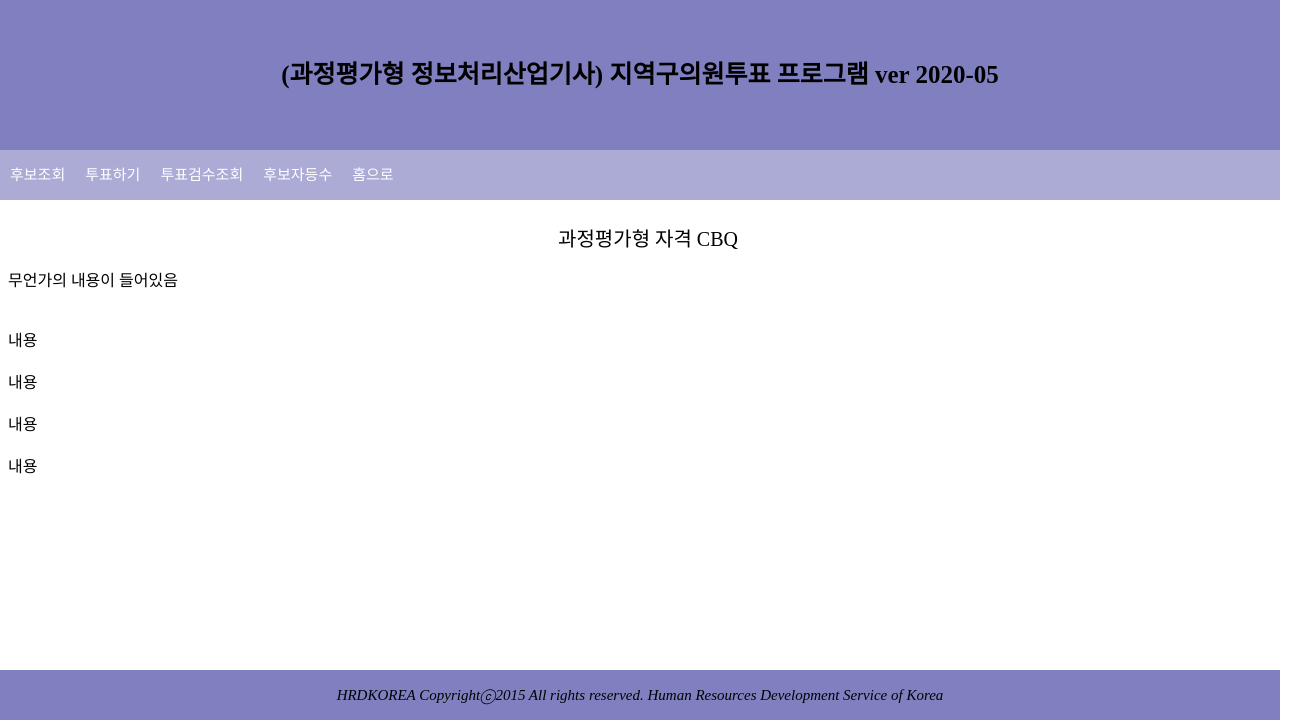
Repository: eunbiro/HRD_1236
Page: http://localhost/HRD_1235/
An editor plug-in stored every save of this project. The page is shown before and after the next save, followed by the edit.
The browser window is 1280 px wide. The page is 1296 px wide, so the pictures cover 1296 px, including what lies to the right of the window. The pictures show the whole page.
The page is served by Tomcat 9. Other server files are loaded and not shown.

Above is the page before, as saved 2022-12-22 01:47:58.

### HRD_1235/src/main/webapp/index.jsp
<%@ page language="java" contentType="text/html; charset=UTF-8"
    pageEncoding="UTF-8"%>
<!DOCTYPE html>
<html>
<head>
<meta charset="UTF-8">
<title>과정평가형 자격 CBQ</title>
<link rel="stylesheet" href="style.css">
</head>
<body>
	<%@ include file="header.jsp" %>
	<section>
		<h3 class="title">과정평가형 자격 CBQ</h3>
		무언가의 내용이 들어있음<br />
		<br />
		<br />
		내용<br />
		<br />
		내용<br />
		<br />
		내용<br />
		<br />
		내용<br />
	</section>
	<%@ include file="footer.jsp" %>
</body>
</html>

### HRD_1235/src/main/webapp/header.jsp
<%@ page language="java" contentType="text/html; charset=UTF-8"
    pageEncoding="UTF-8"%>
<!DOCTYPE html>
<html>
<head>
<meta charset="UTF-8">
<title>Insert title here</title>
</head>
<body>
	<header>(과정평가형 정보처리산업기사) 지역구의원투표 프로그램 ver 2020-05</header>
	<nav>
		<ul class="menu">
			<li><a href="list">후보조회</a></li>
			<li><a href="insert">투표하기</a></li>
			<li><a href="result">투표검수조회</a></li>
			<li><a href="rank">후보자등수</a></li>
			<li><a href="home">홈으로</a></li>
		</ul>
	</nav>
</body>
</html>

### HRD_1235/src/main/webapp/footer.jsp
<%@ page language="java" contentType="text/html; charset=UTF-8"
    pageEncoding="UTF-8"%>
<!DOCTYPE html>
<html>
<head>
<meta charset="UTF-8">
<title>Insert title here</title>
</head>
<body>
	<footer>HRDKOREA Copyrightⓒ2015 All rights reserved. Human Resources Development Service of Korea</footer>
</body>
</html>

### HRD_1235/src/main/webapp/style.css
@charset "UTF-8";

* {
	margin: 0;
	padding: 0;
}

a {
	text-decoration: none;
	color: #fff;
}

header {
	width: 100%;
	height: 150px;
	line-height: 150px;
	background: #8080c0;
	font-size: 25px;
	text-align: center;
	font-weight: 900;
}

.menu {
	display: flex;
	list-style: none;
	width: 100%;
	background: #ababd6;
}

.menu li {
	margin: 5px;
	padding: 5px;
	height: 30px;
	line-height: 30px;
	font-size: 15px;
}

section {
	width: 100%;
	height: 100%;
	padding: 8px;
}

.title {
	width: 100%;
	margin: 15px 0;
	font-size: 20px;
	text-align: center;
	font-weight: 500;
}

.wrapper {
	display: flex;
	justify-content: center;
	align-items: center;
	text-align: center;
}

table {
	width: 800px;
}

table, tr, td, th {
	border: 1px solid gray;
	border-collapse: collapse;
}

table tr {
	height: 30px;
}

.input {
	width: 500px;
}

footer {
	position: fixed;
	width: 100%;
	height: 50px;
	line-height: 50px;
	bottom: 0;
	background: #8080c0;
	font-size: 15px;
	font-style: italic;
	text-align: center;
}

After the next save:
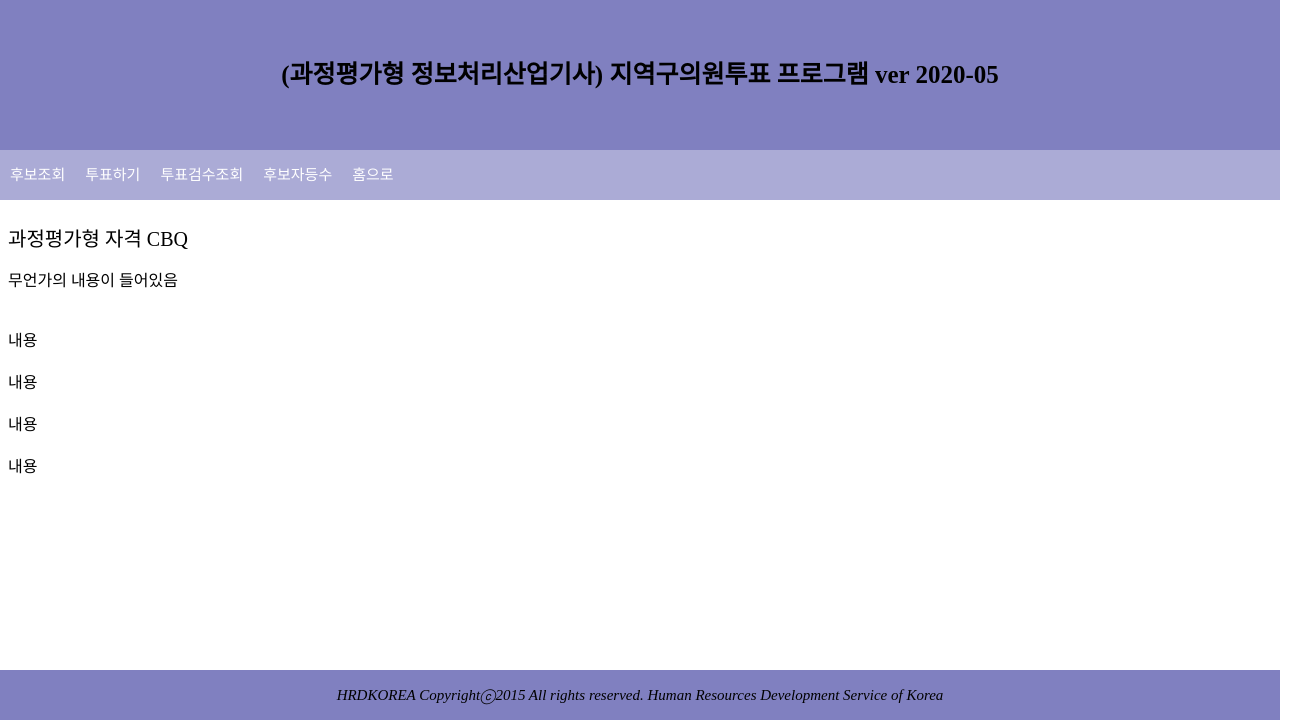
Saved 63 s later.
--- a/HRD_1235/src/main/webapp/style.css
+++ b/HRD_1235/src/main/webapp/style.css
@@ -45,7 +45,6 @@
 	width: 100%;
 	margin: 15px 0;
 	font-size: 20px;
-	text-align: center;
 	font-weight: 500;
 }
 

After the save that followed:
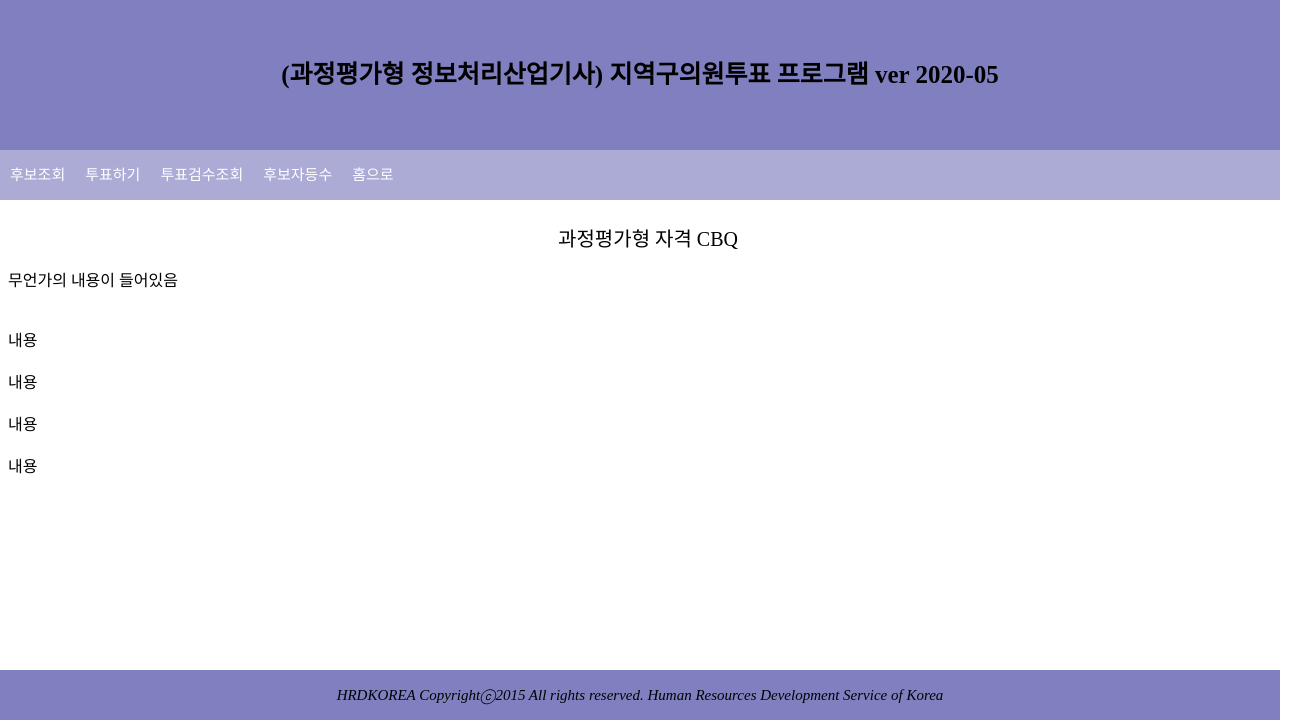
Saved 22 s later.
--- a/HRD_1235/src/main/webapp/style.css
+++ b/HRD_1235/src/main/webapp/style.css
@@ -45,6 +45,7 @@
 	width: 100%;
 	margin: 15px 0;
 	font-size: 20px;
+	text-align: center;
 	font-weight: 500;
 }
 
